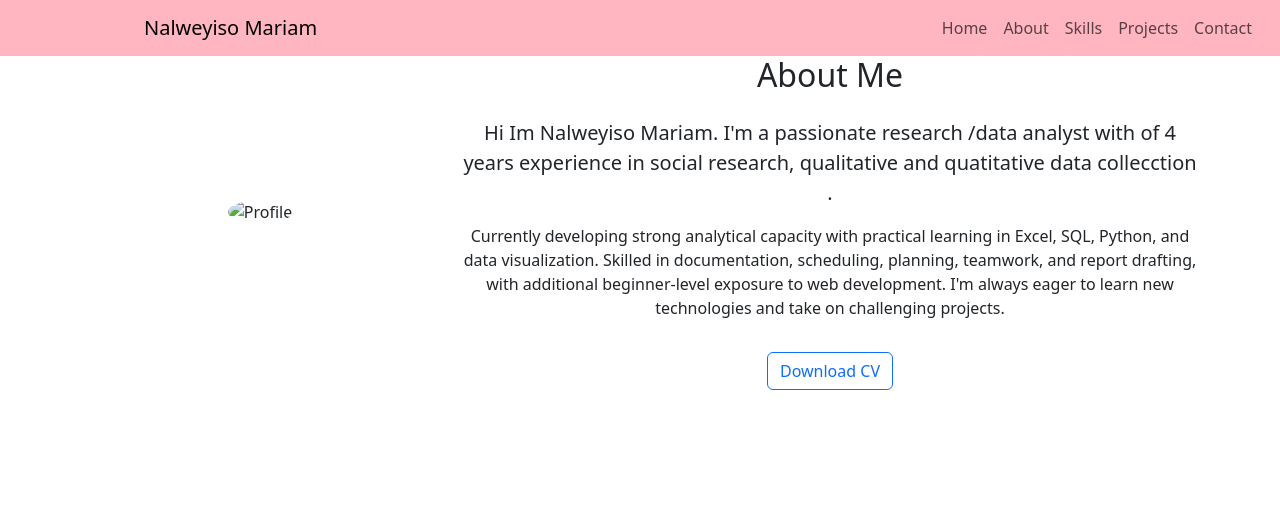
Repository: NalweMari/My-Personal-Portfolio
Page: index.html
The author's editor kept a copy of each file at every save. The page is drawn from the files as they stood at one save, then again after the next save.
The browser window is 1280 px wide. The pictures show the whole page.

Above is the page before, as saved 2025-11-27 13:17:40.
Console error (its wording comes from the project's code and is left out).

### index.html
<!DOCTYPE html>
<html lang="en">

<head>
    <meta charset="UTF-8">
    <meta name="viewport" content="width=device-width, initial-scale=1.0">
    <title>My Portfolio</title>
    <link rel="stylesheet" href="style.css">
    <!-- Bootstrap CSS -->
    <link href="https://cdn.jsdelivr.net/npm/bootstrap@5.3.0/dist/css/bootstrap.min.css" rel="stylesheet">
    <!-- Font Awesome for icons -->
    <link rel="stylesheet" href="https://cdnjs.cloudflare.com/ajax/libs/font-awesome/6.4.0/css/all.min.css">

</head>

<body>
    <!-- Navigation -->

    <nav class="navbar navbar-expand-lg navbar-light bg-custom">
        <div class="container me-2">
            <a class="navbar-brand" href="#">Nalweyiso Mariam</a> <button class="navbar-toggler" type="button" data- 6
                toggle="collapse" data-target="#navbarNav" aria-controls="navbarNav" aria-expanded="false"
                aria-label="Toggle navigation"> <span class="navbar-toggler-icon"></span> </button>
            <div class="collapse navbar-collapse" id="navbarNav">
                <ul class="navbar-nav ms-auto">
                    <a class="nav-link" href="#">Home</a>
                    </li>
                    <li class="nav-item">
                        <a class="nav-link" href="#">About</a>
                    </li>
                    <li class="nav-item">
                        <a class="nav-link" href="#">Skills</a>
                    </li>
                    <li class="nav-item">
                        <a class="nav-link" href="#">Projects</a>
                    </li>
                    <li class="nav-item">
                        <a class="nav-link" href="#">Contact</a>
                    <li class="nav-item active">
                </ul>
            </div>
        </div>
    </nav>

    <!-- Hero Section -->

    <section id="home" class="hero-section text-center">
        <div class="container">
            <div class="row align-items-center">
                <div class="col-md-4 text-center mb-4">
                    <img src="" alt="Profile" class="img-fluid rounded-circle">
                </div>
                <div class="col-md-8">
                    <h2 class="mb-4">About Me</h2>
                    <p class="lead">Hi Im Nalweyiso Mariam. I'm a passionate research /data analyst with of 4 years
                        experience in social research, qualitative and quatitative data collecction .</p>
                    <p>Currently developing strong analytical capacity with practical learning in Excel, SQL, Python,
                        and data visualization. Skilled in documentation, scheduling, planning, teamwork, and report
                        drafting, with additional beginner-level exposure to web development. I'm always eager to learn
                        new technologies and take on challenging projects.</p>
                    <a href="#" class="btn btn-outline-primary mt-3">Download CV</a>
                </div>
            </div>
        </div>
        <script src="https://stackpath.bootstrapcdn.com/bootstrap/4.5.2/js/bootstrap.min.js"></script>
</body>

</html>

### Style.css
.bg-custom {
  background-color: lightpink;
}
/* .hero-section {
  background: linear-gradient(rgba(0, 0, 0, 0.7), beige),
     color: white;
  padding: 100px 0;
}
.skill-bar {
  height: 20px;
  background-color: #e9ecef;
  border-radius: 5px;
  margin-bottom: 15px;
}
.skill-progress {
  height: 100%;
  border-radius: 5px;
  background-color: #0d6efd;
}
.project-card {
  transition: transform 0.3s;
}
.project-card:hover {
  transform: translateY(-5px);
} */

After the next save:
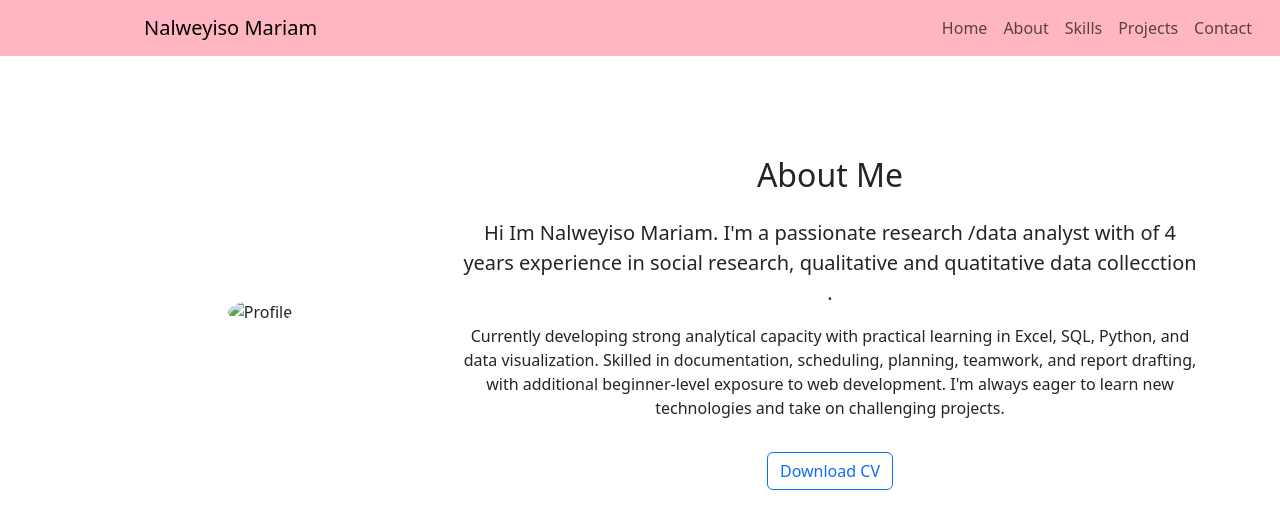
Saved 8 s later.
--- a/Style.css
+++ b/Style.css
@@ -1,7 +1,7 @@
 .bg-custom {
   background-color: lightpink;
 }
-/* .hero-section {
+.hero-section {
   background: linear-gradient(rgba(0, 0, 0, 0.7), beige),
      color: white;
   padding: 100px 0;
@@ -22,4 +22,4 @@
 }
 .project-card:hover {
   transform: translateY(-5px);
-} */
+}
